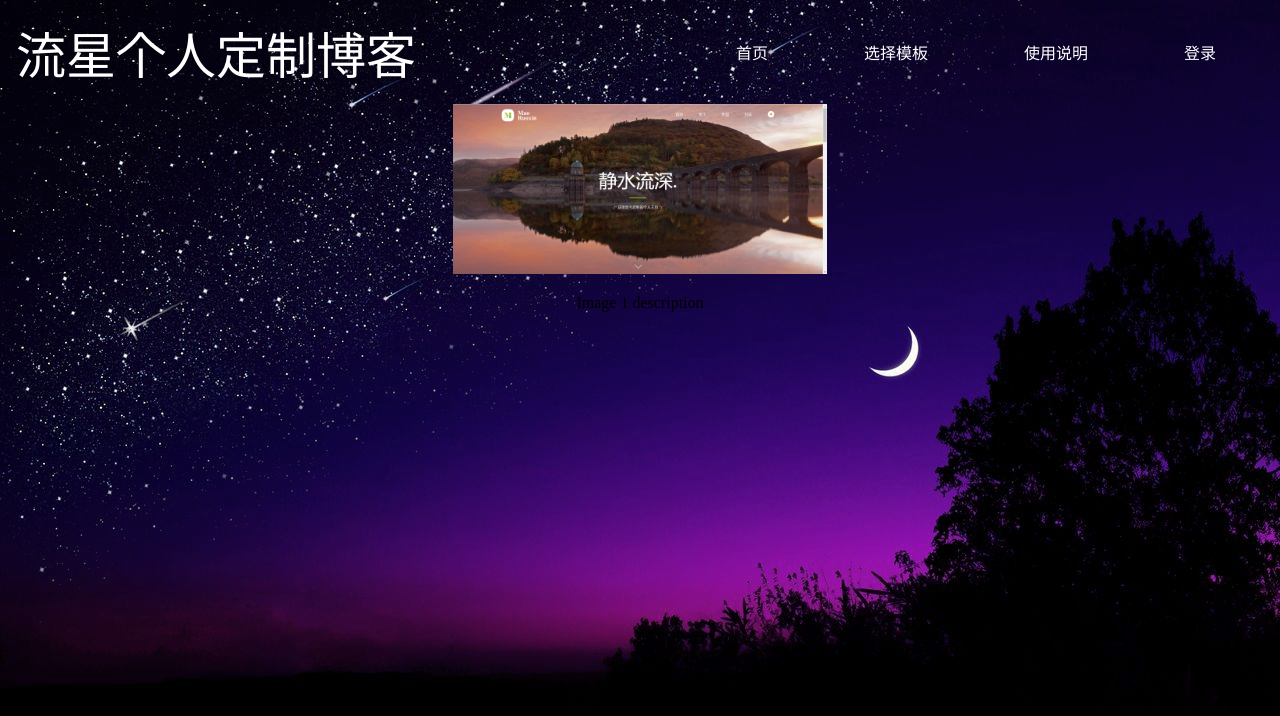
Repository: ljfzd6/showself
Page: /#/home/showtemplate
The author's editor kept a copy of each file at every save. The page is drawn from the files as they stood at one save, then again after a run of saves.
The browser window is 1280 px wide. The pictures show the whole page.
The project was rebuilt for these pictures with package versions that can differ from the ones it lists, and the page was loaded fresh each time. Also part of the build but not shown: vue.config.js, src/views/hometext-page.vue, src/components/loginregister-page.vue, src/components/home-page.vue.

Above is the page before, as saved 2023-06-03 13:26:17.

### src/router/index.js
import Vue from 'vue'
import VueRouter from 'vue-router'
import MainPage from '@/components/main-page.vue'
import HomeText from '@/views/hometext-page.vue'
import LoginAndRegister from '@/components/loginregister-page.vue'
import WorkMain from '@/components/home-page.vue'
import ShowTemplate from '@/views/showtemplate-page.vue'

//导入插件
Vue.use(VueRouter)
// 新增以下代码，解决NavigationDuplicated问题
const originalPush = VueRouter.prototype.push
VueRouter.prototype.push = function push (location) {
  return originalPush.call(this, location).catch(err => err)
}

const router = new VueRouter({
  // mode: 'hash',
  routes: [
    // 重定向首页
    { path: '/', redirect: '/home' },
        // 配置路由
    { path: '/login', component: LoginAndRegister },
    { path: '/workplace',component: WorkMain},
   {
      path: '/home',
      component: MainPage,
      redirect: '/home/hometext',
      children: [
        { path: 'hometext', component: HomeText },
        { path: 'showtemplate', component: ShowTemplate },
        // { path: 'updateuser', component: UpdateUserInformation, name: 'updateuser' },
        // { path: 'alluser', component: AllUserInformation },
        // { path: 'useradd', component: UserAdd },
        // { path: 'userimageadd', component: UserImageAdd },
        // { path: 'qrcodecheck', component: ExtraQrcodeCheck },
        // { path: 'videoshow', component: videoShow, children: [{ path: 'video/:num', component: Video, name: 'video' }] },
        // { path: 'comment', component: Comment },
        // { path: 'updateusericon', component: UpdateUserIcon }
      ]
   }
  ]
})
export default router

### src/components/main-page.vue
<template>
    <header>
        <div class="logo-nav">
        <p>流星个人定制博客</p>
        <nav>
            <a @click="mainpage()">首页</a>
            <a @click="showtemplate()">选择模板</a>
            <a>使用说明</a>
            <a @click="login()">登录</a>
        </nav>
    </div>
    <router-view></router-view>
    </header>
</template>

<script>
export default {
  data () {
    return {
      persondata: '登录'
    }
  },
  methods: {
    mainpage () {
      this.$router.push('/home/hometext')
    },
    login () {
    this.$router.push('/login')
    },
    showtemplate() {
      this.$router.push('/home/showtemplate')
    }
  }

  }

</script>

<style lang="less" scoped>
*{
margin: 0;
font-family: fantasy'Franklin Gothic Medium', 'Arial Narrow', Arial, sans-serif;
}

header {
  background-image: url('@/assets/background.jpg');
  background-size: cover;
  background-position: center;
  filter: grayscale(0.3);
  height: 100%;
  padding: 0 1rem;
  animation: fadeIn 2s ease-in-out;
}
@keyframes fadeIn {
  0% {
    opacity: 0;
  }
  100% {
    opacity: 1;
  }
}
p {
  font-size: 50px;
}

.logo-nav {
  display: flex;
  align-items: center;
  justify-content: space-between;
  padding: 1rem 0;
  color: white;
}
nav a {
  padding: 5px 3rem;
  text-decoration: none;
  position: relative;
}
nav a.active{
  border: 5px solid rgb(71, 122, 58);
}
nav a:hover {
  text-decoration: underline;
  cursor: pointer;
}

.header-title{
  display: flex;
  flex-direction: column;
  justify-content: center;
  align-items: center;
  height: calc(100% - 50px);
  color: #ffffff;
}
.header-title div{
  width: 50px;
  height: 30px;
  background-color: rgb(96, 134, 87);
}

</style>

### src/views/showtemplate-page.vue
<template>
  <div class="container">
    <!-- Add your images and descriptions here, following the example below -->
    <div class="image-box">
      <img src="../assets/1.png" alt="Image 1" onclick="animateImage(this)">
      <p onclick="selectText(this)">Image 1 description</p>
    </div>

  </div>
</template>

<script>
export default {
  data() {
    return {

    }
  },
  methods: {
     animateImage(image) {
      image.style.transform = 'scale(1.2)';
      setTimeout(() => {
        image.style.transform = 'scale(1)';
      }, 300);
    },
    selectText(text) {
      text.classList.toggle('selected');
    }
  }
}
</script>

<style lang="less" scoped>
 .container {
      display: flex;
      flex-wrap: wrap;
      justify-content: space-around;
    }
    .image-box {
      width: 30%;
      margin-bottom: 20px;
      text-align: center;
    }
    img {
      width: 100%;
      cursor: pointer;
      transition: transform 0.3s;
    }
    img:hover {
      transform: scale(1.1);
    }
    p {
      cursor: pointer;
    }
    p.selected {
      background-color: yellow;
    }
</style>

Loaded but not shown: public/index.html (common file); src/main.js (common file); src/App.vue (common file)

After the next 2 saves:
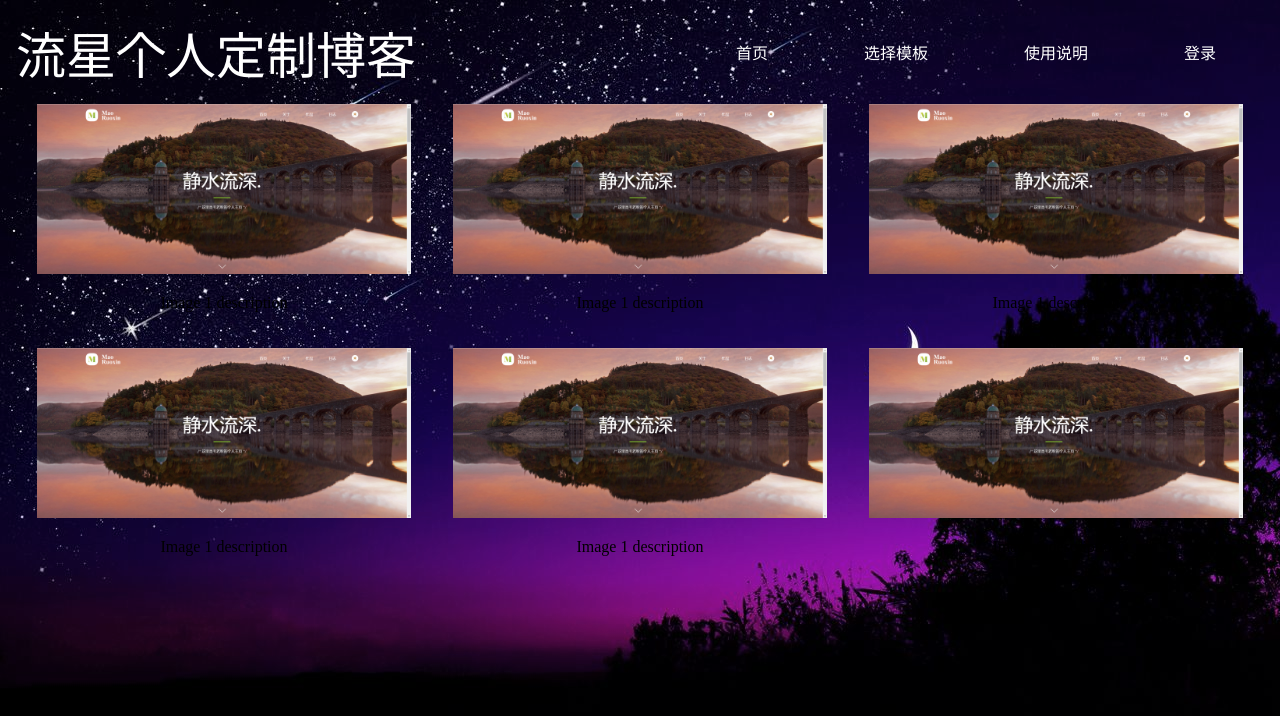
The 2 saves are shown as one change because they came seconds apart.
The last was saved 42 s later.
--- a/src/views/showtemplate-page.vue
+++ b/src/views/showtemplate-page.vue
@@ -1,6 +1,26 @@
 <template>
   <div class="container">
     <!-- Add your images and descriptions here, following the example below -->
+    <div class="image-box">
+      <img src="../assets/1.png" alt="Image 1" onclick="animateImage(this)">
+      <p onclick="selectText(this)">Image 1 description</p>
+    </div>
+    <div class="image-box">
+      <img src="../assets/1.png" alt="Image 1" onclick="animateImage(this)">
+      <p onclick="selectText(this)">Image 1 description</p>
+    </div>
+    <div class="image-box">
+      <img src="../assets/1.png" alt="Image 1" onclick="animateImage(this)">
+      <p onclick="selectText(this)">Image 1 description</p>
+    </div>
+    <div class="image-box">
+      <img src="../assets/1.png" alt="Image 1" onclick="animateImage(this)">
+      <p onclick="selectText(this)">Image 1 description</p>
+    </div>
+    <div class="image-box">
+      <img src="../assets/1.png" alt="Image 1" onclick="animateImage(this)">
+      <p onclick="selectText(this)">Image 1 description</p>
+    </div>
     <div class="image-box">
       <img src="../assets/1.png" alt="Image 1" onclick="animateImage(this)">
       <p onclick="selectText(this)">Image 1 description</p>
